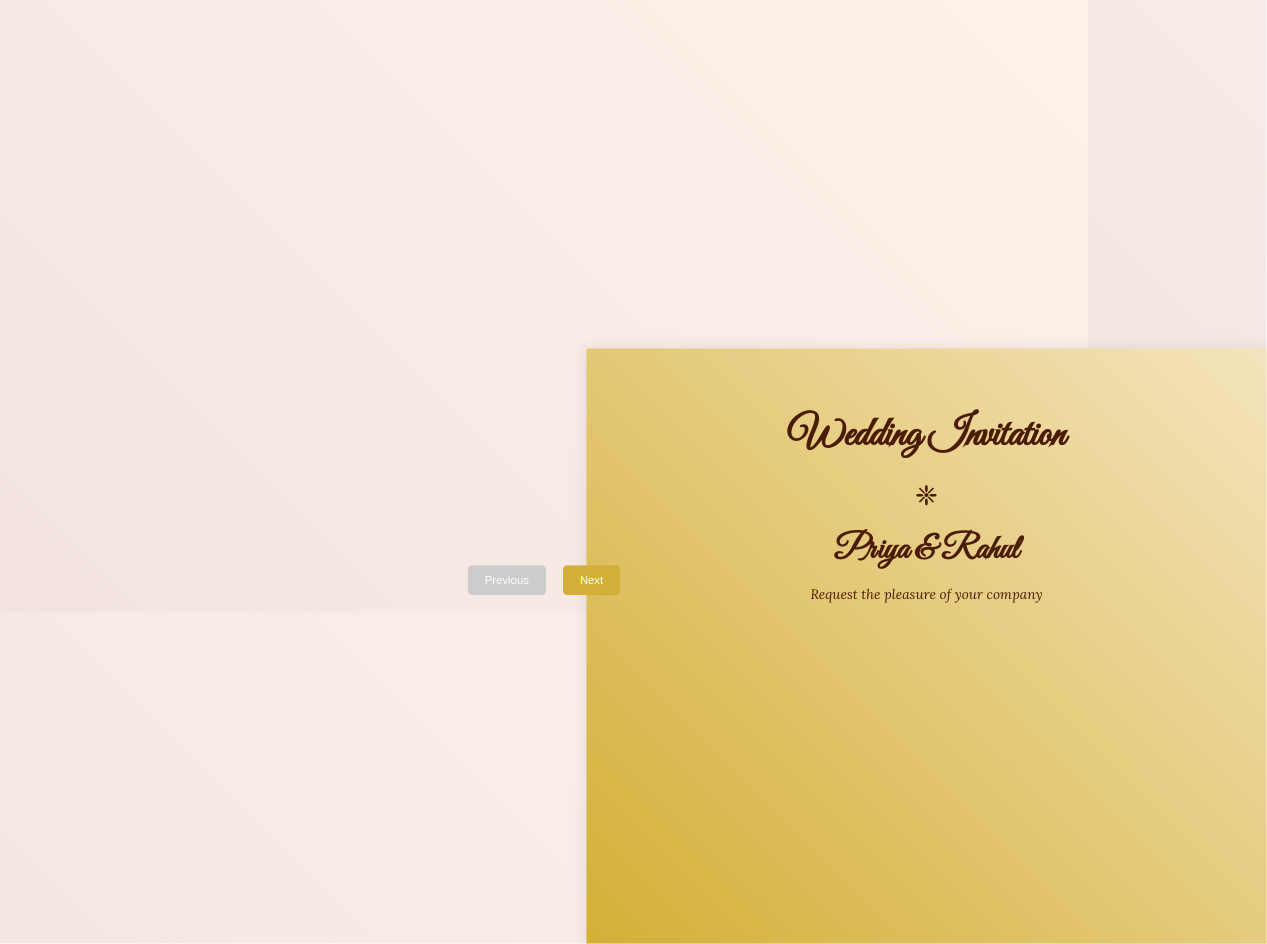
Repository: abhibkop27/finalwedding
Page: index.html
These files come from the project's save history. The page is drawn as it stood at one moment and after the next save; the edit follows.
The browser window is 1280 px wide. The page is 1490 px wide, then 1280 px, then 1490 px, so the pictures cover 1490 px, including what lies to the right of the window. The pictures show the whole page, at 85% of full size.

Above is the page before, as saved 2025-02-17 12:20:09.

### index.html
<!DOCTYPE html>
<html lang="en">
<head>
    <meta charset="UTF-8">
    <meta name="viewport" content="width=device-width, initial-scale=1.0">
    <title>Indian Wedding Invitation</title>
    <link rel="stylesheet" href="style.css">
    <link href="https://fonts.googleapis.com/css2?family=Great+Vibes&family=Lora:ital@1&display=swap" rel="stylesheet">
</head>
<body>
    <div class="book">
    <div class="page-body" data-page="1">
        <div class="page cover active" >
            <div class="content">
                <h1>Wedding Invitation</h1>
                <div class="ornament">❈</div>
                <h2>Priya & Rahul</h2>
                <p>Request the pleasure of your company</p>
            </div>
        </div>
    </div>

        <div class="page" data-page="2">
            <div class="content">
                <h2>The Wedding Ceremony</h2>
                <p class="date">December 15th, 2024</p>
                <p class="time">6:00 PM Onwards</p>
                <div class="venue">
                    <h3>Venue</h3>
                    <p>Royal Garden Palace</p>
                    <a href="https://maps.google.com/?q=Royal+Garden+Palace" target="_blank" class="map-link">View Location</a>
                </div>
            </div>
        </div>

        <div class="page" data-page="3">
            <div class="content">
                <h2>Events</h2>
                <div class="events">
                    <div class="event">
                        <h3>Mehendi</h3>
                        <p>December 13th, 2024</p>
                        <p>3:00 PM</p>
                    </div>
                    <div class="event">
                        <h3>Sangeet</h3>
                        <p>December 14th, 2024</p>
                        <p>7:00 PM</p>
                    </div>
                </div>
            </div>
        </div>

        <div class="page" data-page="4">
            <div class="content">
                <h2>RSVP</h2>
                <form id="rsvpForm">
                    <input type="text" placeholder="Your Name" required>
                    <input type="number" placeholder="Number of Guests" required>
                    <button type="submit">Confirm Attendance</button>
                </form>
            </div>
        </div>
    </div>

    <div class="navigation">
        <button id="prevBtn" class="nav-button" disabled>Previous</button>
        <button id="nextBtn" class="nav-button">Next</button>
    </div>

    <script src="script.js"></script>
</body>
</html>

### style.css
body {
    margin: 0;
    padding: 0;
    min-height: 100vh;
    display: flex;
    justify-content: center;
    align-items: center;
    background: linear-gradient(45deg, #f3e4e1, #fff2ea);
    font-family: 'Lora', serif;
    scroll-behavior: smooth;
}

.book {
    width: 90%;
    max-width: 800px;
    height: 700px;
    position: relative;
    perspective: 1500px;
    display: flex;
    justify-content: center;
    align-items: center;
    flex-direction: column;

}

.page {
    position: absolute;
    width: 100%;
    height: 100%;
    background: #fff;
    transform-origin: left;
    transition: transform 0.6s, opacity 0.6s;
    box-shadow: 0 0 20px rgba(0,0,0,0.1);
    padding: 20px;
    box-sizing: border-box;
    opacity: 0;
    pointer-events: none;
    margin: 50px;

}

.page.active {
    opacity: 1;
    pointer-events: all;
    z-index: 1;
}

.cover {
    background: linear-gradient(45deg, #d4af37, #f4e4bc);
    color: #4a1c03;
}

.content {
    padding: 20px;
    text-align: center;
}

h1 {
    font-family: 'Great Vibes', cursive;
    font-size: 3em;
    color: #4a1c03;
    margin-bottom: 20px;
}

h2 {
    font-family: 'Great Vibes', cursive;
    font-size: 2.5em;
    color: #4a1c03;
    margin: 15px 0;
}

.ornament {
    font-size: 2em;
    color: #4a1c03;
    margin: 20px 0;
}

.date, .time {
    font-size: 1.2em;
    color: #666;
    margin: 10px 0;
}

.venue {
    margin: 30px 0;
    padding: 20px;
    border: 1px solid #d4af37;
    border-radius: 10px;
}

.map-link {
    display: inline-block;
    margin-top: 15px;
    padding: 10px 20px;
    background: #d4af37;
    color: white;
    text-decoration: none;
    border-radius: 5px;
    transition: background 0.3s;
}

.map-link:hover {
    background: #b38f28;
}

.events {
    display: flex;
    flex-direction: column;
    gap: 20px;
}

.event {
    padding: 15px;
    border: 1px solid #d4af37;
    border-radius: 8px;
}

form {
    display: flex;
    flex-direction: column;
    gap: 15px;
    max-width: 300px;
    margin: 0 auto;
}

input {
    padding: 10px;
    border: 1px solid #d4af37;
    border-radius: 5px;
}

button {
    padding: 10px 20px;
    background: #d4af37;
    color: white;
    border: none;
    border-radius: 5px;
    cursor: pointer;
    transition: background 0.3s;
}

button:hover {
    background: #b38f28;
}

.navigation {
    position: fixed;
    bottom: 20px;
    left: 50%;
    transform: translateX(-50%);
    display: flex;
    gap: 20px;
    z-index: 2;
}

.nav-button {
    padding: 10px 20px;
    background: #d4af37;
    color: white;
    border: none;
    border-radius: 5px;
    cursor: pointer;
    transition: background 0.3s;
}

.nav-button:disabled {
    background: #ccc;
    cursor: not-allowed;
}

@media (max-width: 768px) {
    body {
        align-items: flex-start;
        padding: 20px 0;
    }

    .book {
        height: auto;
        min-height: 500px;
    }

    .page {
        position: relative;
        height: auto;
        min-height: 500px;
        margin-top: 50px;
    }

    .navigation {
        position: fixed;
        bottom: 20px;
        background: rgba(255, 255, 255, 0.9);
        padding: 10px;
        border-radius: 10px;
        box-shadow: 0 2px 10px rgba(0,0,0,0.1);
    }
}

### script.js
document.getElementById('rsvpForm').addEventListener('submit', function(e) {
    e.preventDefault();
    const formData = new FormData(e.target);
    alert('Thank you for your RSVP!\nWe look forward to celebrating with you!');
    e.target.reset();
});

// Page Navigation
const pages = document.querySelectorAll('.page');
const prevBtn = document.getElementById('prevBtn');
const nextBtn = document.getElementById('nextBtn');
let currentPage = 1;
const totalPages = pages.length;

function updateButtons() {
    prevBtn.disabled = currentPage === 1;
    nextBtn.disabled = currentPage === totalPages;
}

function showPage(pageNumber) {
    pages.forEach(page => {
        page.classList.remove('active');
        if (parseInt(page.dataset.page) === pageNumber) {
            page.classList.add('active');
            // Add page turn animation
            page.style.transform = 'rotateY(-180deg)';
            setTimeout(() => {
                page.style.transform = 'rotateY(0)';
            }, 50);

            // Scroll to the active page on mobile
            if (window.innerWidth <= 768) {
                page.scrollIntoView({
                    behavior: 'smooth',
                    block: 'start'
                });
            }
        }
    });
    currentPage = pageNumber;
    updateButtons();
}

prevBtn.addEventListener('click', () => {
    if (currentPage > 1) {
        showPage(currentPage - 1);
    }
});

nextBtn.addEventListener('click', () => {
    if (currentPage < totalPages) {
        showPage(currentPage + 1);
    }
});

// Initialize first page
updateButtons();

// Update page position on window resize
window.addEventListener('resize', () => {
    const activePage = document.querySelector('.page.active');
    if (activePage && window.innerWidth <= 768) {
        activePage.scrollIntoView({
            behavior: 'smooth',
            block: 'start'
        });
    }
});

After the next save:
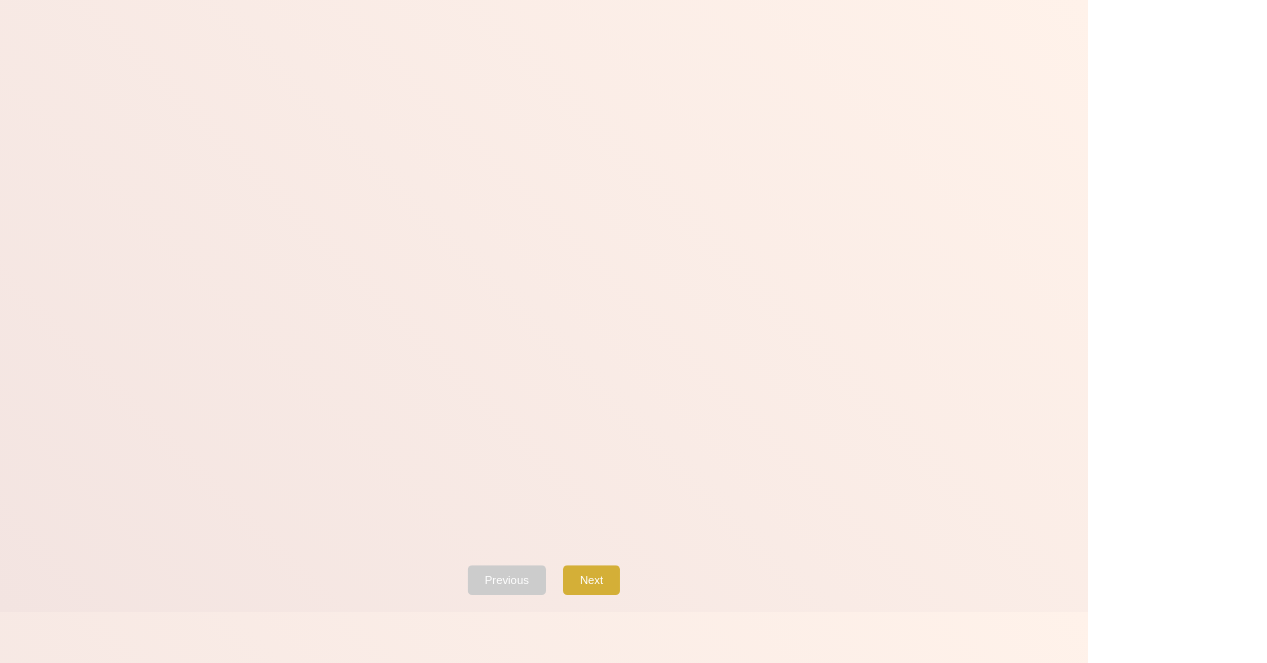
Saved 47 s later.
--- a/style.css
+++ b/style.css
@@ -23,7 +23,7 @@
 
 }
 
-.page {
+.page,.page-body {
     position: absolute;
     width: 100%;
     height: 100%;

After the save that followed:
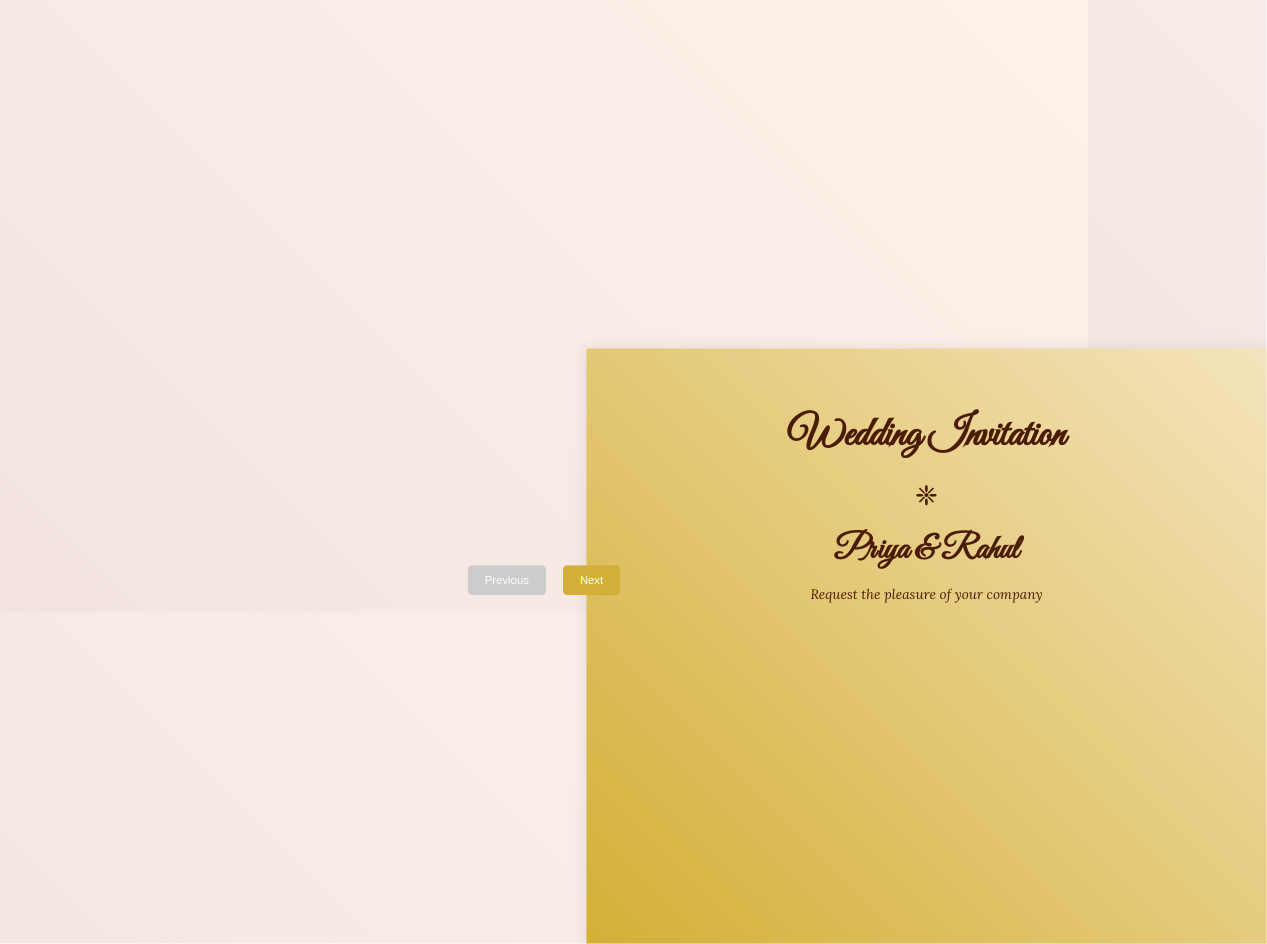
Saved 14 s later.
--- a/style.css
+++ b/style.css
@@ -23,7 +23,7 @@
 
 }
 
-.page,.page-body {
+.page {
     position: absolute;
     width: 100%;
     height: 100%;
